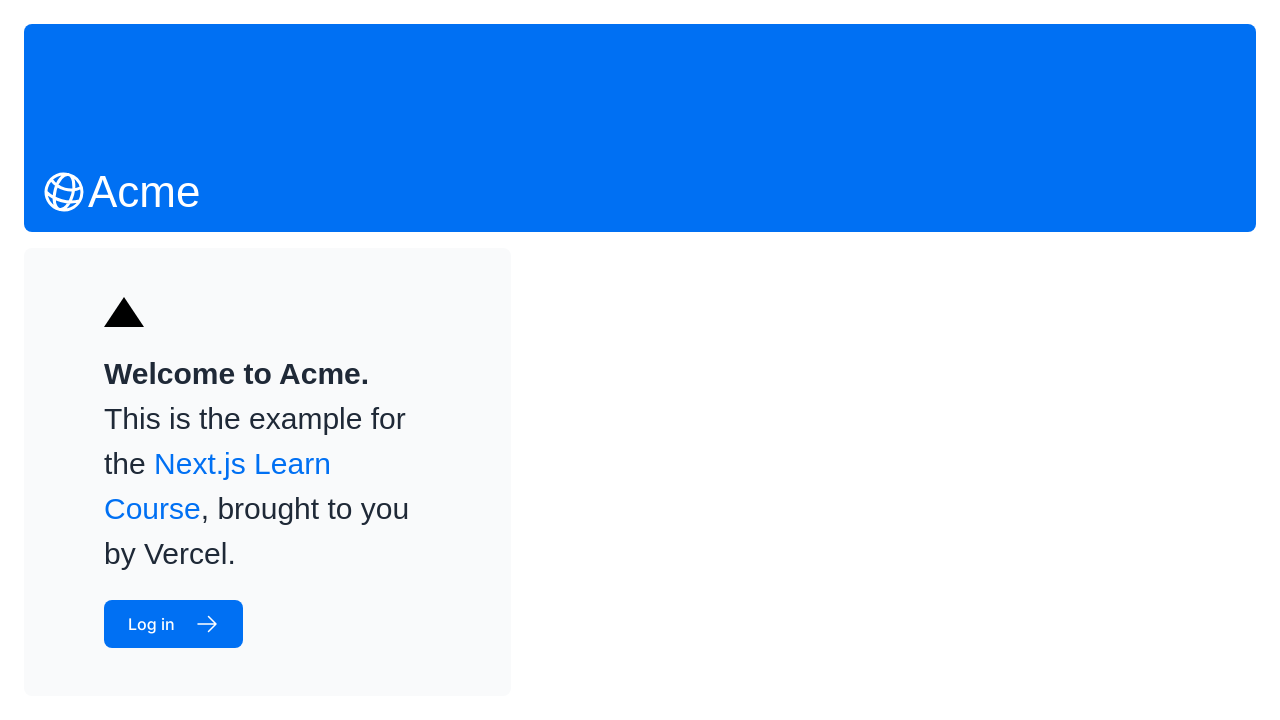
Repository: zhaoljgithub/nextjs-dashboard
Page: /
An editor plug-in stored every save of this project. The page is shown before and after the next save, followed by the edit.
The browser window is 1280 px wide. The pictures show the whole page.
Some web fonts or font styles are not loaded; a fallback is used. The project was rebuilt for these pictures with package versions that can differ from the ones it lists, and the page was loaded fresh each time. The framework's server and built-in components were replaced by stand-ins that run in the browser. Also part of the build but not shown: next.config.js.

Above is the page before, as saved 2024-04-09 17:40:32.

After the next save:
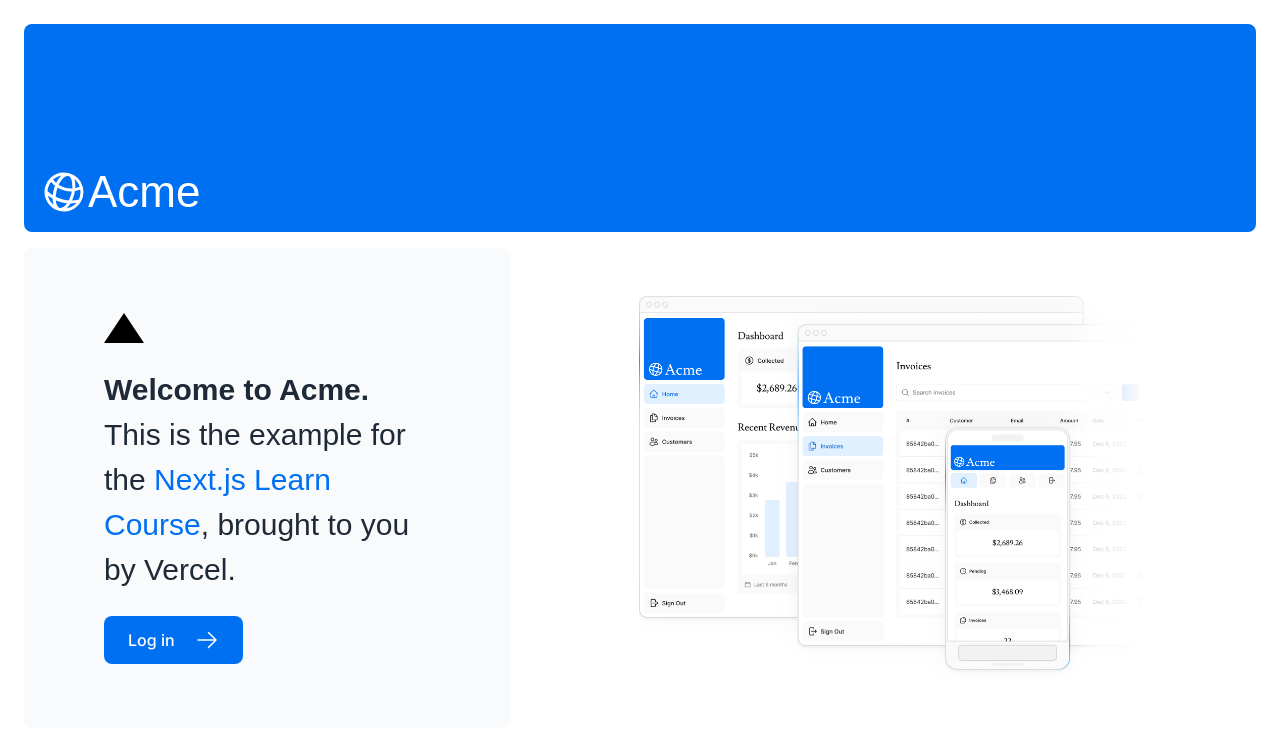
Saved 8 min 58 s later.
--- a/app/page.tsx
+++ b/app/page.tsx
@@ -2,6 +2,7 @@
 import { ArrowRightIcon } from '@heroicons/react/24/outline';
 import Link from 'next/link';
 import { lusitana } from '@/app/ui/fonts';
+import Image from 'next/image';
 
 export default function Page() {
   return (
@@ -32,6 +33,13 @@
         </div>
         <div className="flex items-center justify-center p-6 md:w-3/5 md:px-28 md:py-12">
           {/* Add Hero Images Here */}
+          <Image
+            src="/hero-desktop.png"
+            width={1000}
+            height={760}
+            className="hidden md:block"
+            alt="Screenshots of the dashboard project showing desktop version"
+          />
         </div>
       </div>
     </main>

After the save that followed:
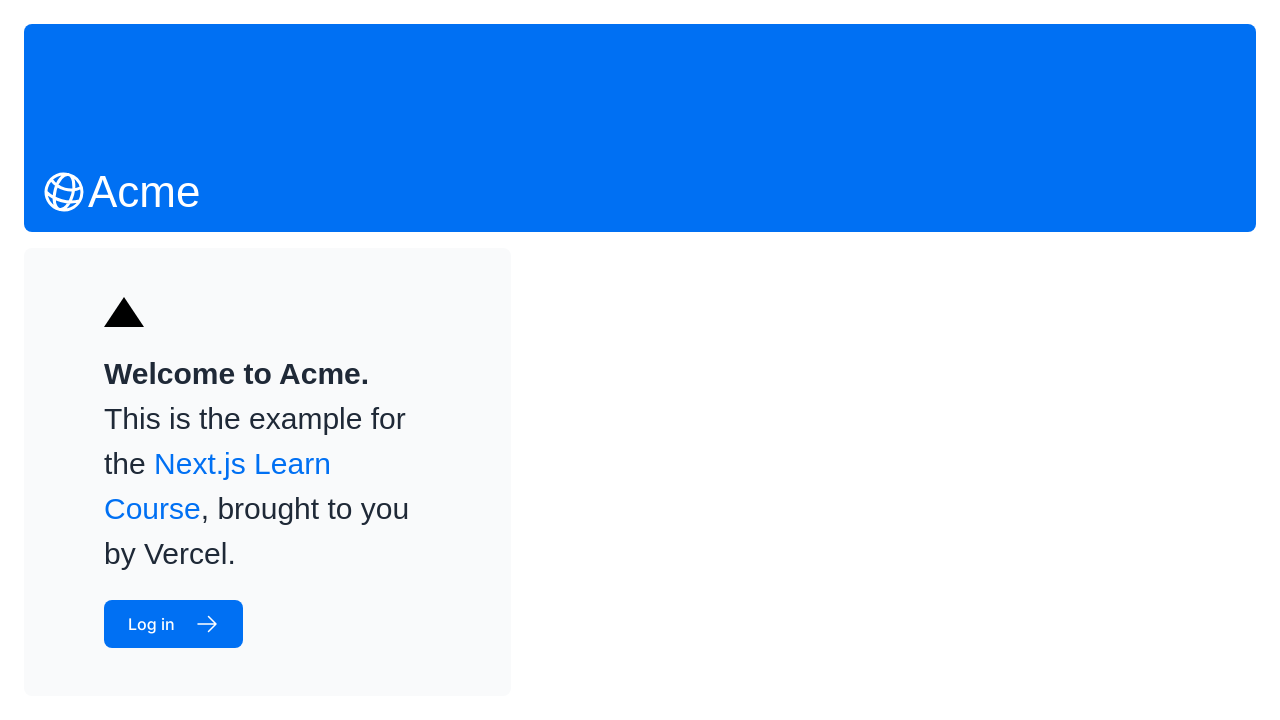
Saved 106 s later.
--- a/app/page.tsx
+++ b/app/page.tsx
@@ -33,13 +33,13 @@
         </div>
         <div className="flex items-center justify-center p-6 md:w-3/5 md:px-28 md:py-12">
           {/* Add Hero Images Here */}
-          <Image
+          {/* <Image
             src="/hero-desktop.png"
             width={1000}
             height={760}
             className="hidden md:block"
             alt="Screenshots of the dashboard project showing desktop version"
-          />
+          /> */}
         </div>
       </div>
     </main>
